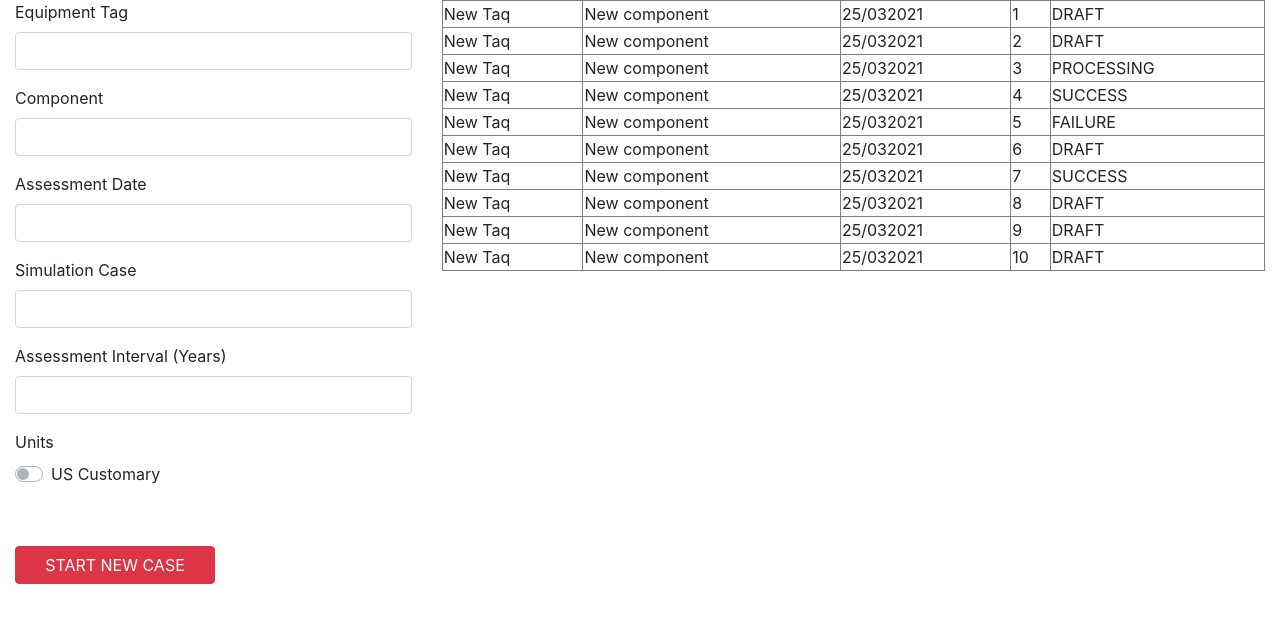
Repository: arif286/dashboard
Page: /
These files come from the project's save history. The page is drawn as it stood at one moment and after the next save; the edit follows.
The browser window is 1280 px wide. The pictures show the whole page.
The project was rebuilt for these pictures with package versions that can differ from the ones it lists, and the page was loaded fresh each time. The framework's server and built-in components were replaced by stand-ins that run in the browser. Also part of the build but not shown: nuxt.config.js, components/Nav.vue.

Above is the page before, as saved 2021-06-18 18:49:12.

### components/Form.vue
<template>
  <div>
    <form class="Assessment-input" action="">
      <div class="mb-3">
        <label for="Input1" class="form-label">Equipment Tag</label>
        <input id="Input1" type="text" class="form-control">
      </div>
      <div class="mb-3">
        <label for="Input2" class="form-label">Component</label>
        <input id="Input2" type="text" class="form-control">
      </div>
      <div class="mb-3">
        <label for="Input3" class="form-label">Assessment Date</label>
        <input id="Input3" type="text" class="form-control">
      </div>
      <div class="mb-3">
        <label for="Input4" class="form-label">Simulation Case</label>
        <input id="Input4" type="text" class="form-control">
      </div>
      <div class="mb-3">
        <label for="Input5" class="form-label">Assessment Interval (Years)</label>
        <input id="Input5" type="text" class="form-control">
      </div>
      <div>
        <label for="Input5" class="form-label">Units</label>
        <b-form-checkbox v-model="checked" name="check-button" switch>
          US Customary
        </b-form-checkbox>
      </div>
      <b-button class="submit-button" type="submit" variant="danger">
        START NEW CASE
      </b-button>
    </form>
  </div>
</template>
<script>
export default {
  data () {
    return {
      form: {
        email: '',
        name: '',
        food: null,
        checked: []
      },
      foods: [
        { text: 'Select One', value: null },
        'Carrots',
        'Beans',
        'Tomatoes',
        'Corn'
      ],
      show: true,
      checked: false
    }
  },
  methods: {
    onSubmit (event) {
      event.preventDefault()
      alert(JSON.stringify(this.form))
    }
  }
}
</script>
<style>
.submit-button {
  width: 200px;
  margin-top: 60px;
}
.Assessment-input input:focus {
  border-color: red;
  box-shadow: none;
}
</style>

### components/Table.vue
<template>
  <table class="w-100 table-border">
    <!-- <thead>
        <tr>
          <th className="text-secondary" scope="col">
            Name
          </th>
          <th className="text-secondary" scope="col">
            Email Id
          </th>
          <th className="text-secondary" scope="col">
            Service
          </th>
          <th className="text-secondary" scope="col">
            pay with
          </th>
          <th className="text-secondary" scope="col">
            status
          </th>
        </tr>
      </thead> -->
    <tbody>
      <tr v-for="item in data" :key="item.id">
        <td>{{ item.equipmentTag }}</td>
        <td>{{ item.component }}</td>
        <td>{{ item.assessmentDate }}</td>
        <td>{{ item.case }}</td>
        <td>{{ item.status }}</td>
      </tr>
    </tbody>
  </table>
</template>

<script>
export default {
  props: {
    data: {
      type: Array,
      required: true
    }
  }
}
</script>
<style scoped>

.table-border td{
 border: 1px solid gray;
}
</style>

### pages/index.vue
<template>
  <div class="container">
    <div class="row">
      <div class="col-4">
        <Form />
      </div>
      <div class="col-8">
        <Table :data="dashboardData" />
      </div>
    </div>
  </div>
</template>

<script>
import { dashboardData } from '@/assets/dashboard.js'
// eslint-disable-next-line semi
export default {
  data () {
    return { dashboardData }
  }
}
</script>

<style>
.container {
  max-width: 1760px;
}
</style>

### assets/dashboard.js
export const dashboardData = [
  {
    id: 1,
    equipmentTag: 'New Taq',
    component: 'New component',
    assessmentDate: '25/032021',
    case: 1,
    status: 'DRAFT'
  },
  {
    id: 2,
    equipmentTag: 'New Taq',
    component: 'New component',
    assessmentDate: '25/032021',
    case: 2,
    status: 'DRAFT'
  },
  {
    id: 3,
    equipmentTag: 'New Taq',
    component: 'New component',
    assessmentDate: '25/032021',
    case: 3,
    status: 'PROCESSING'
  },
  {
    id: 4,
    equipmentTag: 'New Taq',
    component: 'New component',
    assessmentDate: '25/032021',
    case: 4,
    status: 'SUCCESS'
  },
  {
    id: 5,
    equipmentTag: 'New Taq',
    component: 'New component',
    assessmentDate: '25/032021',
    case: 5,
    status: 'FAILURE'
  },
  {
    id: 6,
    equipmentTag: 'New Taq',
    component: 'New component',
    assessmentDate: '25/032021',
    case: 6,
    status: 'DRAFT'
  },
  {
    id: 7,
    equipmentTag: 'New Taq',
    component: 'New component',
    assessmentDate: '25/032021',
    case: 7,
    status: 'SUCCESS'
  },
  {
    id: 8,
    equipmentTag: 'New Taq',
    component: 'New component',
    assessmentDate: '25/032021',
    case: 8,
    status: 'DRAFT'
  },
  {
    id: 9,
    equipmentTag: 'New Taq',
    component: 'New component',
    assessmentDate: '25/032021',
    case: 9,
    status: 'DRAFT'
  },
  {
    id: 10,
    equipmentTag: 'New Taq',
    component: 'New component',
    assessmentDate: '25/032021',
    case: 10,
    status: 'DRAFT'
  }
]

Loaded but not shown: layouts/default.vue (common file)

After the next save:
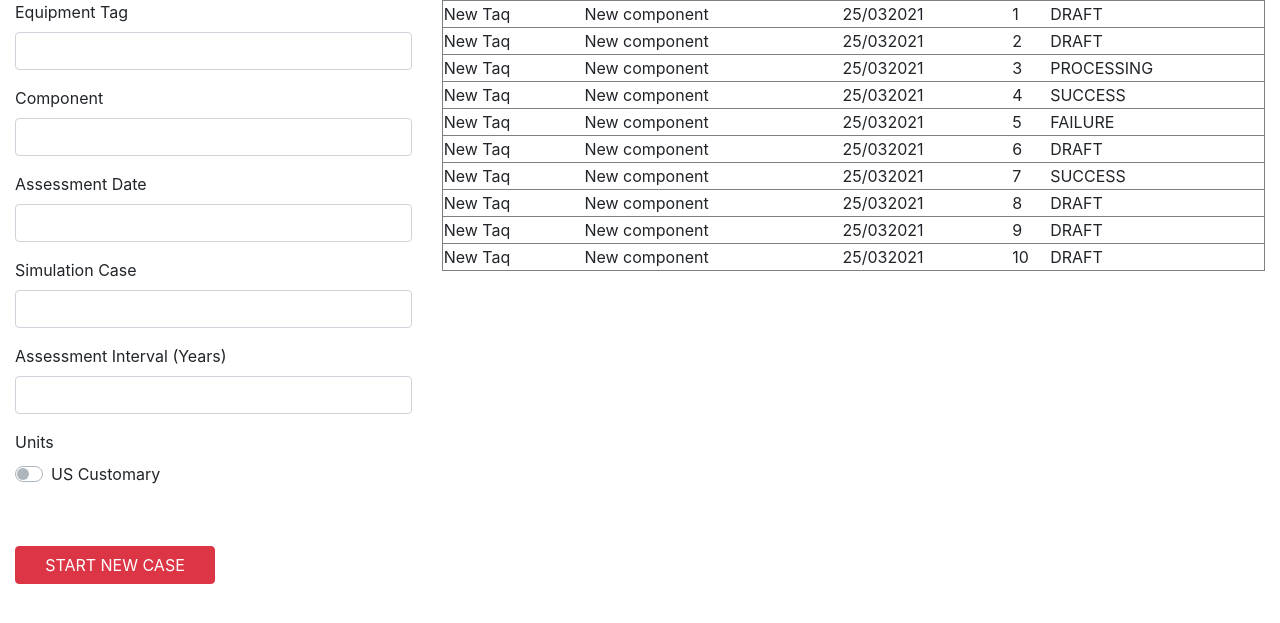
Saved 7 s later.
--- a/components/Table.vue
+++ b/components/Table.vue
@@ -43,7 +43,7 @@ export default {
 </script>
 <style scoped>
 
-.table-border td{
+.table-border tr{
  border: 1px solid gray;
 }
 </style>
